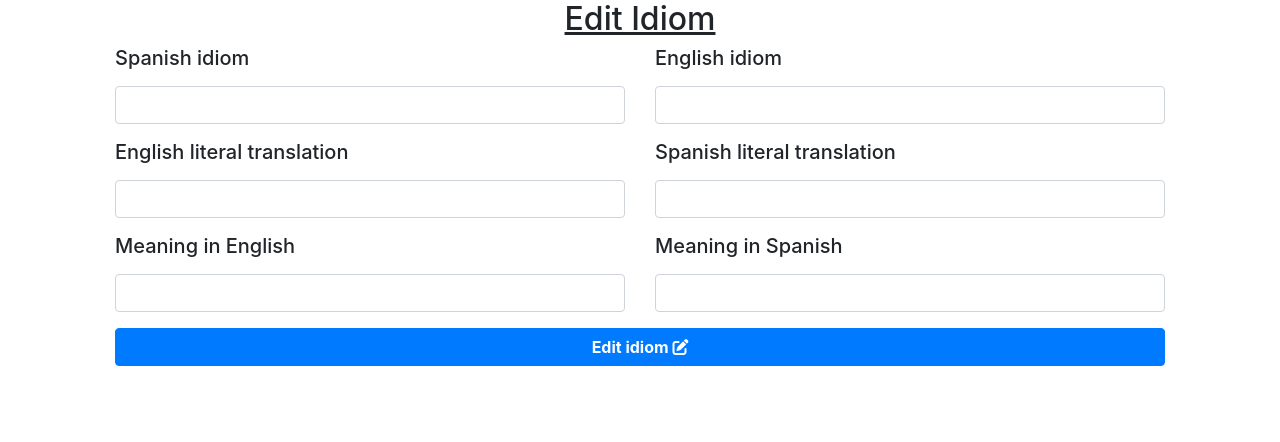
Repository: JK27/idioms-english-spanish
Page: templates/editidiom.html
The author's editor kept a record of every edit. The page is drawn from the files as they stood at one moment, then again after the next edit.
The browser window is 1280 px wide. The pictures show the whole page.
Some web libraries are served in a nearby version. The page is served by the project's application, run on Flask 3 (idioms.py). The template is opened directly, without the code that normally fills it, so the values that code supplies are empty.

Above is the page before.
Console error: TypeError: Cannot read properties of undefined (reading 'fn')

### templates/editidiom.html
{% extends "base.html" %} {% block content %}

<h2>Edit Idiom</h2>

<div class="container">
    <form action="{{ url_for('update_idiom', idiom_id=idiom._id) }}" method="POST">
        <div class="row">
            <div class="col-6">
                <div class="form-group">
                    <label for="idiom-spanish"><h5>Spanish idiom</h5></label>
                    <input class="form-control" id="spanish_idiom" name="spanish_idiom" rows="2" value="{{idiom.spanish_idiom}}"></input>
                </div>


                <div class="form-group">
                    <label for="literal-english"><h5>English literal translation</h5></label>
                    <input class="form-control" id="english_literal" name="english_literal" rows="2" value="{{idiom.english_literal}}"></input>
                </div>
                <div class="form-group">
                    <label for="meaning-english"><h5>Meaning in English</h5></label>
                    <input class="form-control" id="english_meaning" name="english_meaning" rows="3" value="{{idiom.english_meaning}}"></input>
                </div>
            </div>

            <div class="col-6">
                <div class="form-group">
                    <label for="idiom-english"><h5>English idiom</h5></label>
                    <input class="form-control" id="english_idiom" name="english_idiom" rows="2" value="{{idiom.english_idiom}}"></input>
                </div>


                <div class="form-group">
                    <label for="literal-spanish"><h5>Spanish literal translation</h5></label>
                    <input class="form-control" id="spanish_literal" name="spanish_literal" rows="2" value="{{idiom.spanish_literal}}"></input>
                </div>
                <div class="form-group">
                    <label for="meaning-spanish"><h5>Meaning in Spanish</h5></label>
                    <input class="form-control" id="spanish_meaning" name="spanish_meaning" rows="3" value="{{idiom.spanish_meaning}}"></input>
                </div>
            </div>

            <button type="submit" class="btn btn-primary btn-block" name="action"><strong>Edit idiom </strong><i class="fas fa-edit"></i></button>

        </div>
    </form>
</div>

{% endblock %}

### templates/base.html
<!DOCTYPE html>
<html lang="en">

<head>
    <meta charset="UTF-8">
    <meta name="viewport" content="width=device-width, initial-scale=1.0">
    <meta http-equiv="X-UA-Compatible" content="ie=edge">

    <link href="https://stackpath.bootstrapcdn.com/bootstrap/4.3.1/css/bootstrap.min.css" rel="stylesheet" integrity="sha384-ggOyR0iXCbMQv3Xipma34MD+dH/1fQ784/j6cY/iJTQUOhcWr7x9JvoRxT2MZw1T" crossorigin="anonymous">
    <link rel="stylesheet" href="{{url_for('static', filename='css/style.css')}}" type="text/css" />

    <script src="https://kit.fontawesome.com/5d6ba07855.js"></script>
    <script src="https://stackpath.bootstrapcdn.com/bootstrap/4.3.1/js/bootstrap.min.js" integrity="sha384-JjSmVgyd0p3pXB1rRibZUAYoIIy6OrQ6VrjIEaFf/nJGzIxFDsf4x0xIM+B07jRM" crossorigin="anonymous"></script>

    <title>Idioms English - Spanish</title>
</head>

<body>
    <div class="container">
        {% block content %} {% endblock %}
    </div>
</body>

</html>

### idioms.py
import os
from flask import Flask, render_template, redirect, request, url_for
from flask_pymongo import PyMongo
from bson.objectid import ObjectId

app = Flask(__name__)

app.config["MONGO_DBNAME"] = "idioms-and-proverbs"
app.config["MONGO_URI"] = "mongodb+srv://jk27:07diciembre18@cluster0-9pga0.mongodb.net/idioms-and-proverbs?retryWrites=true&w=majority"

mongo = PyMongo(app)

@app.route("/")
@app.route("/get_idioms")
def get_idioms():
    return render_template("idioms.html", idioms=mongo.db.idioms.find())

# ---------------------------------------------------------------------     Functions to add idioms -- #
@app.route("/add_idiom")
def add_idiom():
    return render_template("addidiom.html")

@app.route("/insert_idiom", methods=["POST"])                           #-- Data from form in addidiom.html is posted using this function...
def insert_idiom():
    idioms = mongo.db.idioms                                            #-- ... data is inserted to the idioms database...
    idioms.insert_one(request.form.to_dict())                           #-- ... inserting one item to the dictionary...
    return redirect(url_for("get_idioms"))                              #-- ... and then redirecting to /get_idioms

# ---------------------------------------------------------------------     Functions to edit idioms -- #
@app.route("/edit_idiom/ <idiom_id>")
def edit_idiom(idiom_id):                                               #-- Use idiom_id to target the idiom that want to edit
    the_idiom = mongo.db.idioms.find_one({"_id":ObjectId(idiom_id)})    #-- Retrieve the idiom from the idioms database, using its id to find it...
    return render_template("editidiom.html", idiom=the_idiom)           #-- ... and then redirecting to /editidiom.html

@app.route("/update_idiom/<idiom_id>", methods=["POST"])                #-- Data from form in editidiom.html is posted using this function...
def update_idiom(idiom_id):
    idioms = mongo.db.idioms                                            #-- ... data is updated in the idioms database...
    idioms.update({"_id":ObjectId(idiom_id)},                           #-- ... updating the item with a specific id...
    {
        "spanish_idiom": request.form.get("spanish_idiom"),             #-- ... each field for that item will be updated taking the input from...
        "english_literal": request.form.get("english_literal"),         #-- ... the corresponding field on the form
        "english_meaning": request.form.get("english_meaning"),
        "english_idiom": request.form.get("english_idiom"),
        "spanish_literal": request.form.get("spanish_literal"),
        "spanish_meaning": request.form.get("spanish_meaning")
    })
    return redirect(url_for("get_idioms"))

# -------------------------------------------------------------------- Function to delete idioms -- #
@app.route("/delete_idiom/<idiom_id>")
def delete_idiom(idiom_id):
    mongo.db.idioms.remove({"_id": ObjectId(idiom_id)})
    return redirect(url_for("get_idioms"))

if __name__ == "__main__":
    app.run(host=os.environ.get("IP"),
            port=int(os.environ.get("PORT")),
            debug=True)

### static/css/style.css
h2 {
    text-align: center;
    text-decoration: underline;
}

.add-button {
    width: 100%;
    margin-top: 10px;
}

.header-row {
    margin-top: 30px;
    margin-bottom: 15px;
}

.row {
    margin-right: 0px;
    margin-left: 0px;
}

.middle-column {
    border: 0;
    padding-top: 20px;
    text-align: center;
}

.middle-button {
    margin-bottom: 5px;
}

.card {
    margin-bottom: 15px;
}

.btn-block {
    margin-right: 15px;
    margin-left: 15px;
}

After the next edit:
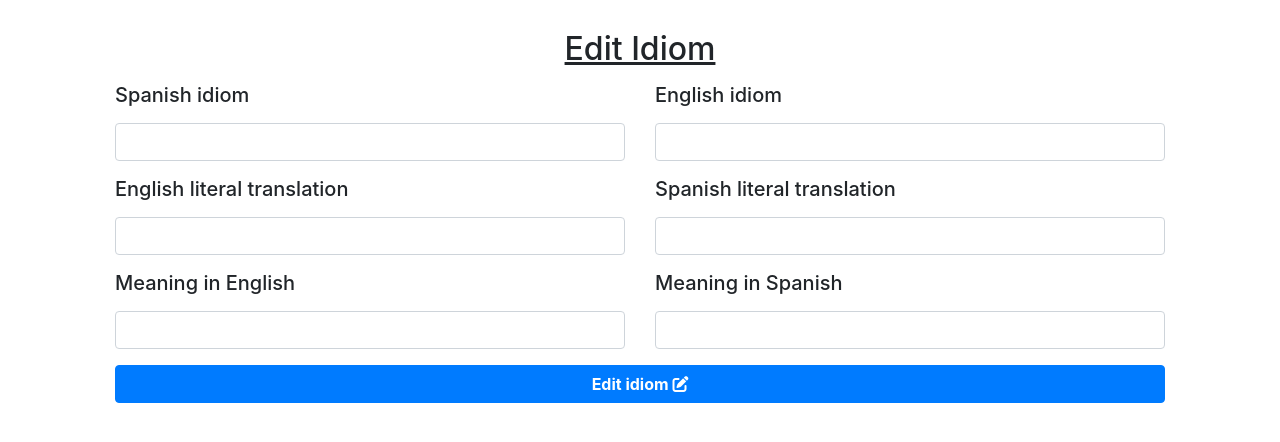
The edit:
--- a/templates/editidiom.html
+++ b/templates/editidiom.html
@@ -1,6 +1,8 @@
 {% extends "base.html" %} {% block content %}
 
-<h2>Edit Idiom</h2>
+<div class="header-row">
+    <h2>Edit Idiom</h2>
+</div>
 
 <div class="container">
     <form action="{{ url_for('update_idiom', idiom_id=idiom._id) }}" method="POST">
